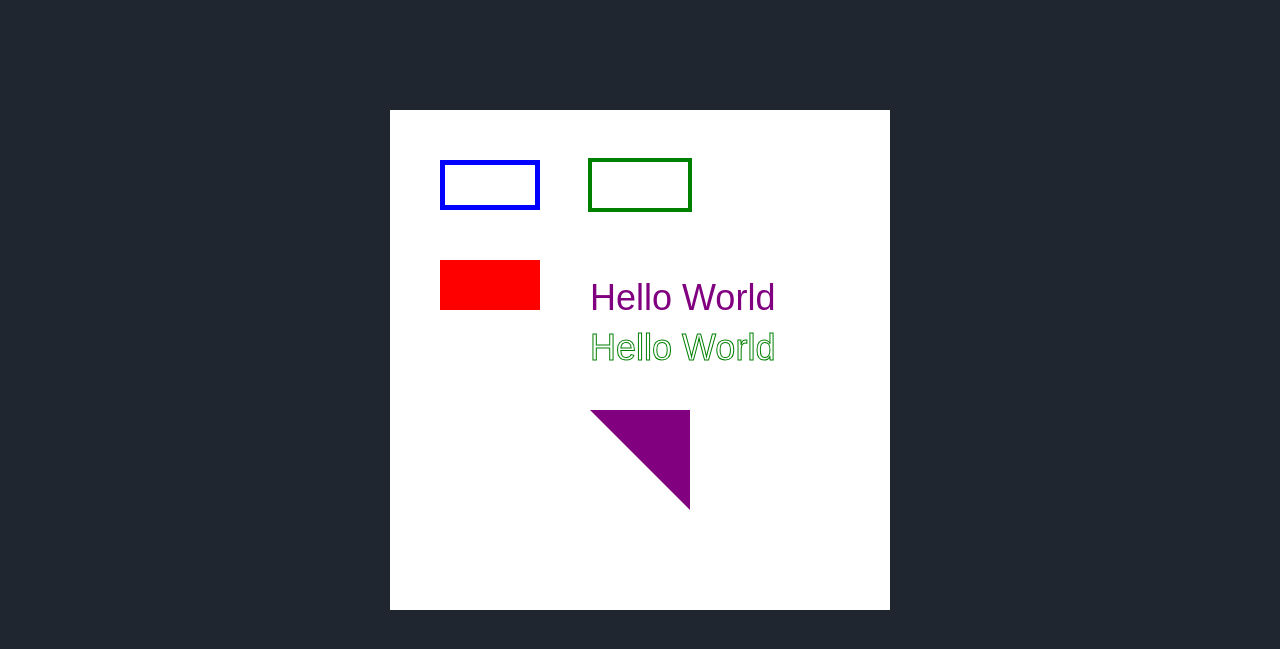
Repository: thecodeholic/cst-javascript-course
Page: /
The author's editor kept a copy of each file at every save. The page is drawn from the files as they stood at one save, then again after the next save.
The browser window is 1280 px wide. The pictures show the whole page.
The project was rebuilt for these pictures with package versions that can differ from the ones it lists, and the page was loaded fresh each time.

Above is the page before, as saved 2020-11-25 09:45:17.

### index.html
<!doctype html>
<html lang="en">
  <head>
    <!-- Required meta tags -->
    <meta charset="utf-8">
    <meta name="viewport" content="width=device-width, initial-scale=1, shrink-to-fit=no">

    <!-- Bootstrap CSS -->
    <link rel="stylesheet" href="https://stackpath.bootstrapcdn.com/bootstrap/4.5.2/css/bootstrap.min.css" integrity="sha384-JcKb8q3iqJ61gNV9KGb8thSsNjpSL0n8PARn9HuZOnIxN0hoP+VmmDGMN5t9UJ0Z" crossorigin="anonymous">

    <title>Javascript Course</title>

    <link rel="stylesheet" href="app.css">
  </head>
  <body>
    <canvas id="myCanvas" width="500" height="500">Your browser does not support canvas</canvas>
    <script src="app.js"></script>
    <!-- <script src="homework.js"></script> -->
  </body>
</html>

### app.css
* {
    box-sizing: border-box;
}
html {
    height: 100%;
}

body {
    background-color: rgb(31, 38, 48);
    display: flex;
    align-items: center;
    justify-content: center;
    height: 100%;;
}

canvas {
    background-color: #FFF;

}

### app.js
// What is canvas?
// https://developer.mozilla.org/en-US/docs/Web/API/Canvas_API/Tutorial
// https://www.w3schools.com/html/html5_canvas.asp
// https://www.w3schools.com/graphics/canvas_intro.asp
// https://www.w3schools.com/graphics/canvas_reference.asp
// https://developer.mozilla.org/en-US/docs/Web/API/Canvas_API

// How to create it and use it
const canvas = document.getElementById('myCanvas');
const ctx = canvas.getContext('2d');

// Draw rectangles
// =================
// fillRect
ctx.fillStyle = 'blue';
ctx.fillRect(50, 50, 100, 50);
ctx.fillStyle = 'red';
ctx.fillRect(50, 150, 100, 50)

// strokeRect
ctx.strokeStyle = 'green';
ctx.lineWidth = 4;
ctx.strokeRect(200, 50, 100, 50);

// clearRect
ctx.clearRect(55, 55, 90, 40);

// fillText
ctx.font = '36px Arial';
ctx.fillStyle = 'purple';
ctx.fillText("Hello World", 200, 200)

// strokeText
ctx.lineWidth = 1;
ctx.strokeText("Hello World", 200, 250);

// Paths   beginPath, moveTo, lineTo, closePath, stroke, fill
// ==============
ctx.moveTo(200, 300);
ctx.lineTo(300, 300);
ctx.lineTo(300, 400);
ctx.lineTo(200, 300);
ctx.fill();

// Arcs
// ====================

// Draw image
// ====================

// Write text
// ====================

// Ball animation

Loaded but not shown: src/index.js (no copy from this time; the picture is the same without it)

After the next save:
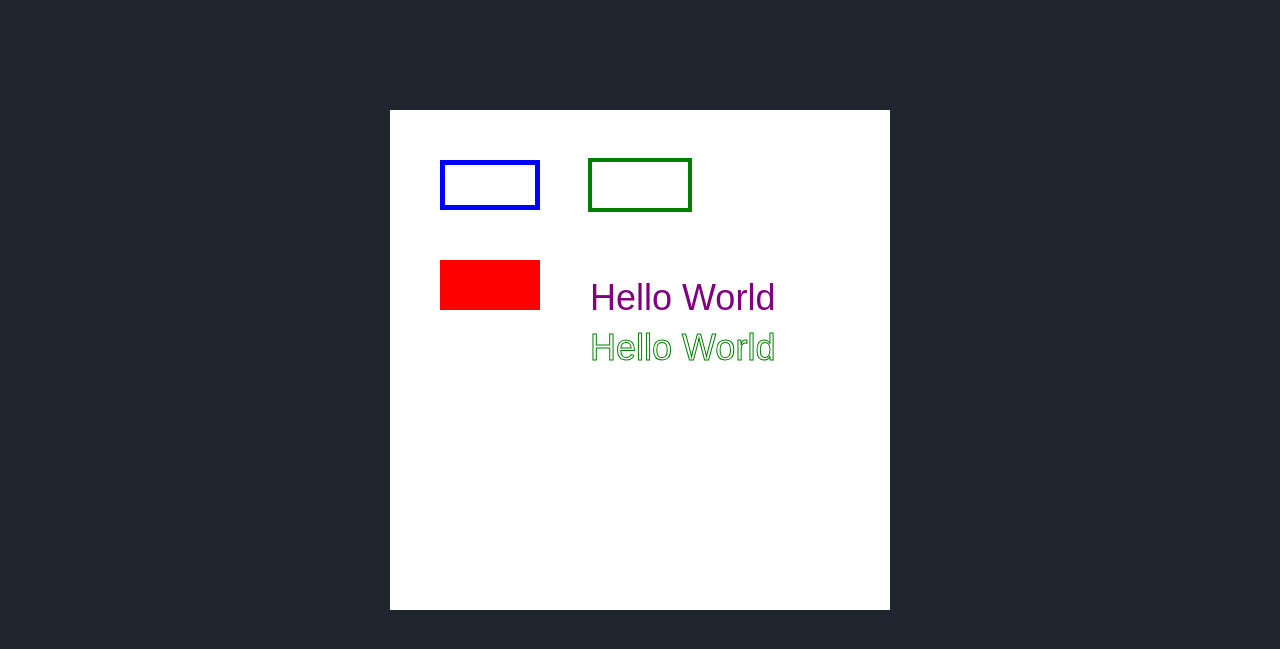
Console error: TypeError: ctx.stoke is not a function
Saved 11 s later.
--- a/app.js
+++ b/app.js
@@ -40,7 +40,7 @@
 ctx.lineTo(300, 300);
 ctx.lineTo(300, 400);
 ctx.lineTo(200, 300);
-ctx.fill();
+ctx.stoke();
 
 // Arcs
 // ====================

After the save that followed:
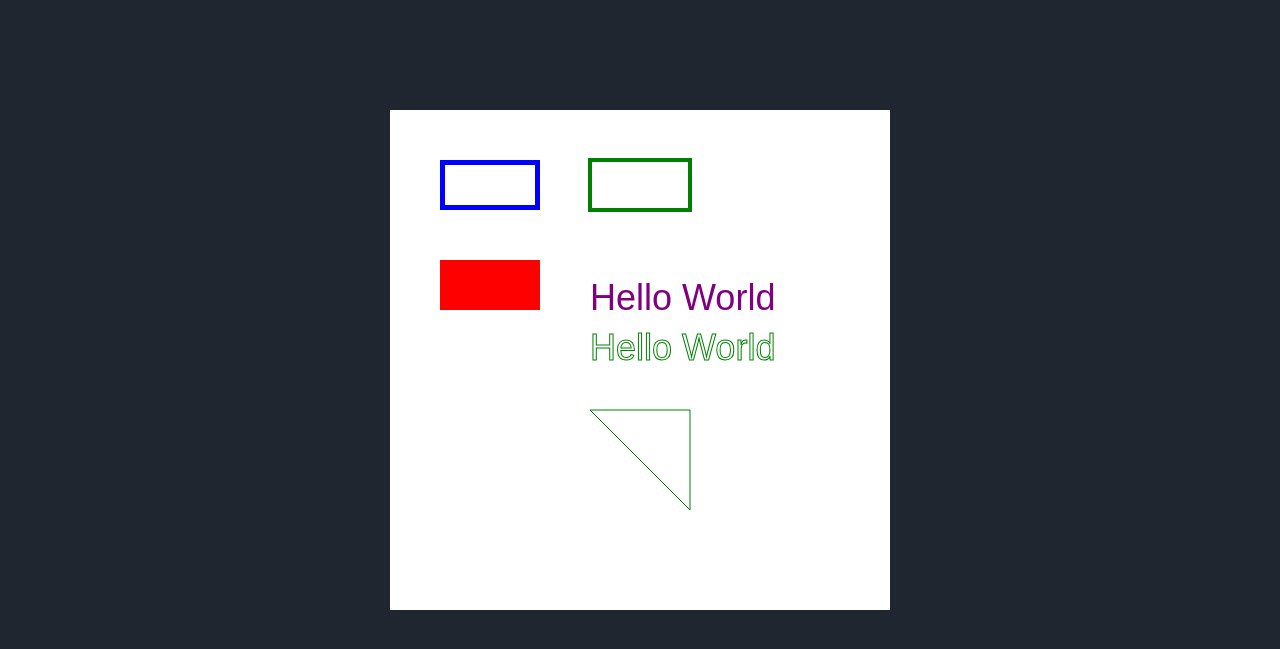
The error is gone.
Saved 7 s later.
--- a/app.js
+++ b/app.js
@@ -40,7 +40,7 @@
 ctx.lineTo(300, 300);
 ctx.lineTo(300, 400);
 ctx.lineTo(200, 300);
-ctx.stoke();
+ctx.stroke();
 
 // Arcs
 // ====================
